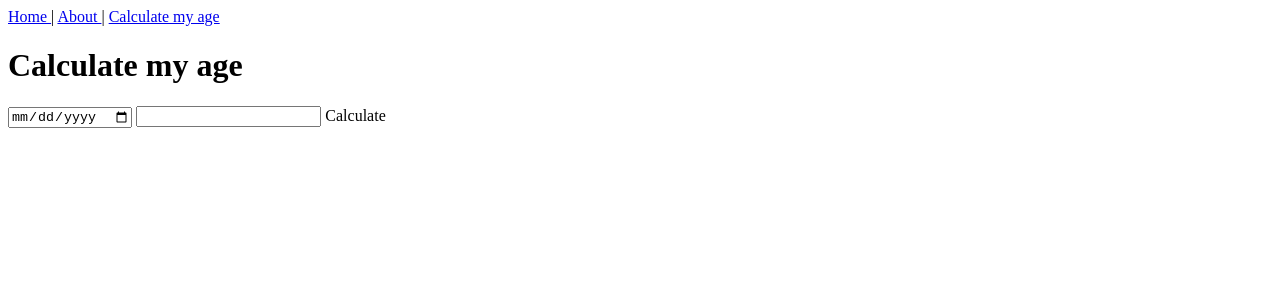
Repository: fahjan/routs-project
Page: http://localhost/date_of_birth
The author's editor kept a copy of each file at every save. The page is drawn from the files as they stood at one save, then again after a run of saves.
The browser window is 1280 px wide. The pictures show the whole page.
Some web fonts or font styles are not loaded; a fallback is used. The page is served by the project's Laravel application, run on PHP 8.4 with Laravel 12.

Above is the page before, as saved 2025-12-27 08:42:04.

After the next 2 saves:
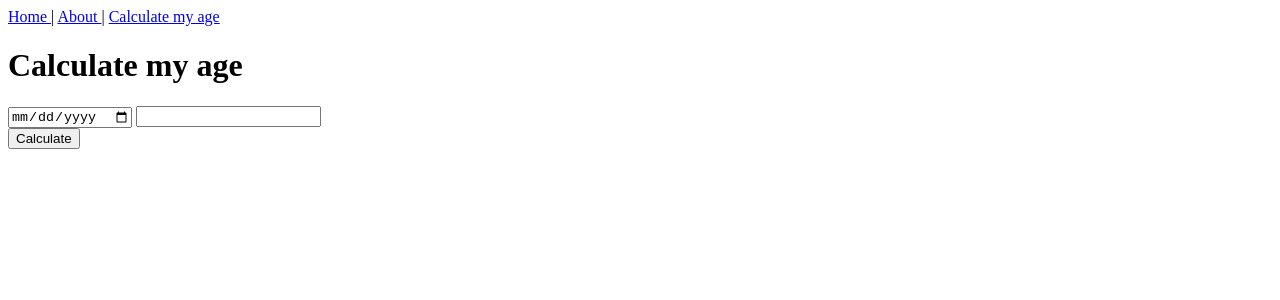
The 2 saves are shown as one change because they came seconds apart.
The last was saved 5 s later.
--- a/resources/views/date_of_birth_form.blade.php
+++ b/resources/views/date_of_birth_form.blade.php
@@ -8,7 +8,8 @@
         <input type="date" name="date_of_birth" value="">
 
         <input type="text" name="your_name">
-        <br< <button type="submit">Calculate</button>
+        <br>
+        <button type="submit">Calculate</button>
     </form>
 
 @endsection
